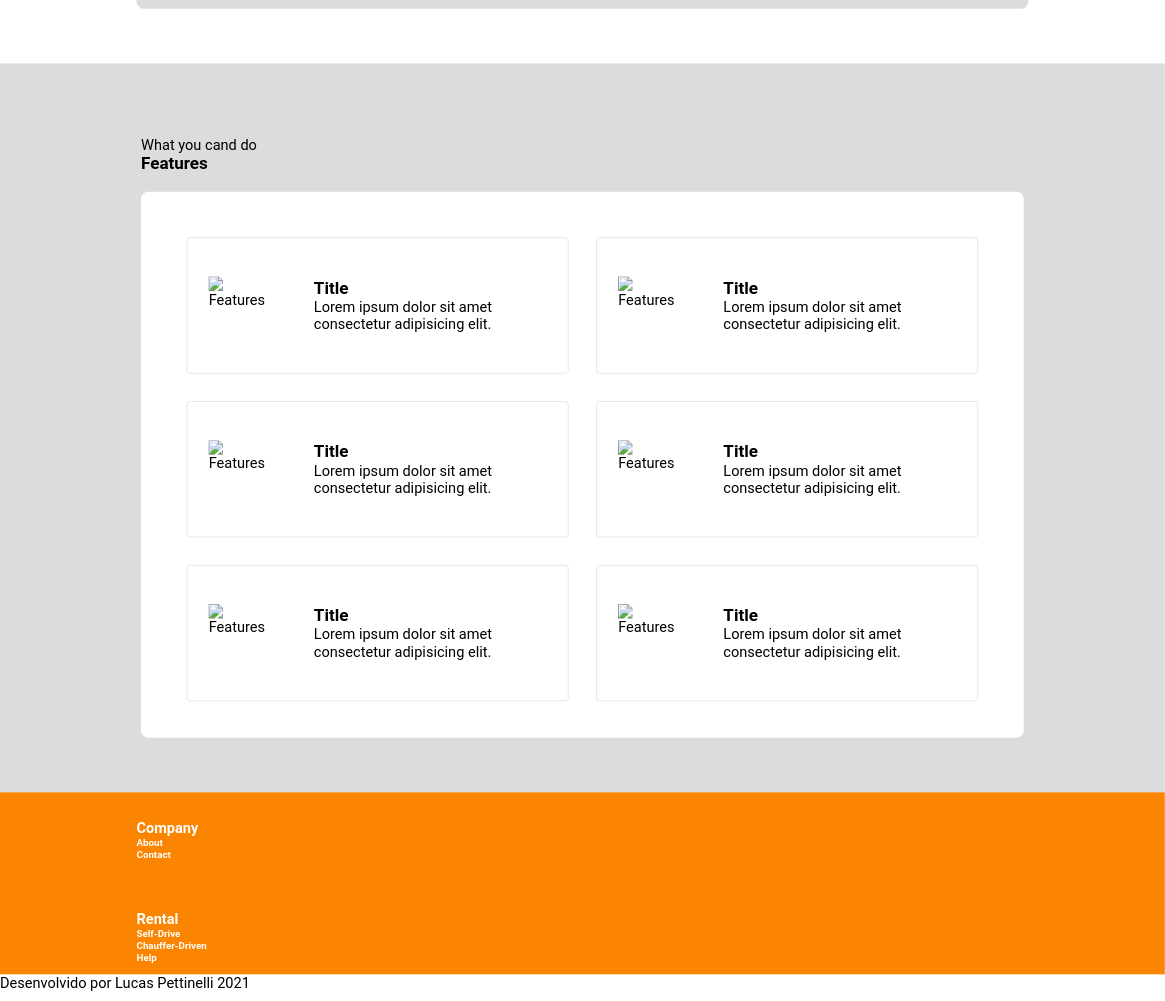
Repository: pettinelli1202/ElectriCar
Page: index.html
The author's editor kept a copy of each file at every save. The page is drawn from the files as they stood at one save, then again after a run of saves.
The browser window is 1280 px wide. The pictures show the part of the page from y = 2892 to 3992 px (the page is 4013 px tall), at 91% of full size.
A picture or video elsewhere on the page could not be fetched, so the positions and the page height are approximate. An inner scrolling area shows only its first screen. Some web fonts or font styles are not loaded; a fallback is used.

Above is the page before, as saved 2023-03-27 23:58:54.

### index.html
<!DOCTYPE html>
<html lang="en">

<head>
    <meta charset="UTF-8">
    <meta http-equiv="X-UA-Compatible" content="IE=edge">
    <meta name="viewport" content="width=device-width, initial-scale=1.0">
    <title>Document</title>

    <link rel="stylesheet" href="./css/style.css">
</head>

<body>
    <header>
        <div class="content">
            <nav>
                <p class="brand">dev <strong> superior</strong></p>
                <ul>
                    <li>
                        <a href="">Catalog</a>
                    </li>
                    <li>
                        <a href="">About</a>
                    </li>
                    <li>
                        <a href="">Features</a>
                    </li>
                    <button>Login</button>
                </ul>
            </nav>

            <div class="header-block">
                <div class="text">
                    <h2>The perfect car for you!</h2>
                    <p>Lorem ipsum dolor sit, amet consectetur adipisicing elit. Eaque, quaerat.</p>
                </div>
                <img src="/images/cheryIcar.png" alt="">
            </div>
        </div>
    </header>
    <section class="catalog" id="catalog">
        <div class="content">
            <div class="title-wrapper-catalog">
                <p>Find what you want</p>
                <h3>Catalog</h3>
            </div>
            <div class="filter-card">
                <input type="text" class="search-input" placeholder="Choose your favorite model" />
                <button class="search-button">Search</button>
            </div>
            <div class="card-wrapper">
                <div class="card-item">
                    <img src="images/car-card.png" alt="Car" />
                    <div class="card-content">
                        <h3>Audi Supra TT</h3>
                        <p>
                            Lorem ipsum dolor sit amet consectetur adipisicing elit. Repellendus.
                        </p>
                        <button type="button">I want this!</button>
                    </div>
                </div>
                <div class="card-item">
                    <img src="images/car-card.png" alt="Car" />
                    <div class="card-content">
                        <h3>Audi Supra TT</h3>
                        <p>
                            Lorem ipsum dolor sit amet consectetur adipisicing elit. Repellendus.
                        </p>
                        <button type="button">I want this!</button>
                    </div>
                </div>
                <div class="card-item">
                    <img src="images/car-card.png" alt="Car" />
                    <div class="card-content">
                        <h3>Audi Supra TT</h3>
                        <p>
                            Lorem ipsum dolor sit amet consectetur adipisicing elit. Repellendus.
                        </p>
                        <button type="button">I want this!</button>
                    </div>
                </div>
                <div class="card-item">
                    <img src="images/car-card.png" alt="Car" />
                    <div class="card-content">
                        <h3>Audi Supra TT</h3>
                        <p>
                            Lorem ipsum dolor sit amet consectetur adipisicing elit. Repellendus.
                        </p>
                        <button type="button">I want this!</button>
                    </div>
                </div>
                <div class="card-item">
                    <img src="images/car-card.png" alt="Car" />
                    <div class="card-content">
                        <h3>Audi Supra TT</h3>
                        <p>
                            Lorem ipsum dolor sit amet consectetur adipisicing elit. Repellendus.
                        </p>
                        <button type="button">I want this!</button>
                    </div>
                </div>
                <div class="card-item">
                    <img src="images/car-card.png" alt="Car" />
                    <div class="card-content">
                        <h3>Audi Supra TT</h3>
                        <p>
                            Lorem ipsum dolor sit amet consectetur adipisicing elit. Repellendus.
                        </p>
                        <button type="button">I want this!</button>
                    </div>
                </div>
                <div class="card-item">
                    <img src="/images/kiwd-e-tech.png" alt="Car" />
                    <div class="card-content">
                        <h3>Audi Supra TT</h3>
                        <p>
                            Lorem ipsum dolor sit amet consectetur adipisicing elit. Repellendus.
                        </p>
                        <button type="button">I want this!</button>
                    </div>
                </div>
                <div class="card-item">
                    <img src="/images/JacEjs1.png" alt="Car" />
                    <div class="card-content">
                        <h3>Audi Supra TT</h3>
                        <p>
                            Lorem ipsum dolor sit amet consectetur adipisicing elit. Repellendus.
                        </p>
                        <button type="button">I want this!</button>
                    </div>
                </div>
                <div class="card-item">
                    <img src="/images/cheryIcar.png" alt="Car" />
                    <div class="card-content">
                        <h3>Audi Supra TT</h3>
                        <p>
                            Lorem ipsum dolor sit amet consectetur adipisicing elit. Repellendus.
                        </p>
                        <button type="button">I want this!</button>
                    </div>
                </div>
            </div>
        </div>
    </section>

    <section class="about" id="about">
        <div class="content">
            <div class="title-wrapper-about">
                <p>Know about us</p>
                <h3>About</h3>
            </div>
            <div class="about-content">
                <div class="left">
                    <img src="/images/Design sem nome.png" alt="About">
                </div>
                <div class="right">
                    <h3>Join technology and mobility</h3>
                    <p>Lorem ipsum dolor sit amet consectetur, adipisicing elit. Soluta quibusdam unde eos fugiat debitis aspernatur dolorem eligendi a doloremque cum optio, perferendis molestiae nobis inventore quos ut dicta dolores incidunt praesentium?
                        Minus ullam doloribus quod dignissimos beatae fugiat praesentium dolorum, libero adipisci dolor mollitia vel eos ducimus officiis, molestiae deserunt maxime cumque? Tempore, quaerat, pariatur nisi totam iusto quibusdam ipsa doloribus
                        adipisci, inventore illum porro maiores dignissimos! Facere animi rerum accusantium at aliquam commodi doloribus tempore iste architecto est a debitis dignissimos dolorem dolore, excepturi magni amet minima itaque obcaecati cum
                        facilis. Recusandae amet nulla voluptatum aliquid, laborum nobis doloribus?</p>
                </div>
            </div>
        </div>
    </section>

    <section class="features" id="features">
        <div class="content">
            <div class="title-wrapper-features">
                <p>What you cand do</p>
                <h3>Features</h3>
            </div>

            <div class="features-card-block">
                <div class="feature-card-item">
                    <img src="" alt="Features">
                    <div class="feature-text-content">
                        <h3>Title</h3>
                        <p>Lorem ipsum dolor sit amet consectetur adipisicing elit.</p>
                    </div>
                </div>

                <div class="feature-card-item">
                    <img src="" alt="Features">
                    <div class="feature-text-content">
                        <h3>Title</h3>
                        <p>Lorem ipsum dolor sit amet consectetur adipisicing elit.</p>
                    </div>
                </div>

                <div class="feature-card-item">
                    <img src="" alt="Features">
                    <div class="feature-text-content">
                        <h3>Title</h3>
                        <p>Lorem ipsum dolor sit amet consectetur adipisicing elit.</p>
                    </div>
                </div>

                <div class="feature-card-item">
                    <img src="" alt="Features">
                    <div class="feature-text-content">
                        <h3>Title</h3>
                        <p>Lorem ipsum dolor sit amet consectetur adipisicing elit.</p>
                    </div>
                </div>

                <div class="feature-card-item">
                    <img src="" alt="Features">
                    <div class="feature-text-content">
                        <h3>Title</h3>
                        <p>Lorem ipsum dolor sit amet consectetur adipisicing elit.</p>
                    </div>
                </div>

                <div class="feature-card-item">
                    <img src="" alt="Features">
                    <div class="feature-text-content">
                        <h3>Title</h3>
                        <p>Lorem ipsum dolor sit amet consectetur adipisicing elit.</p>
                    </div>
                </div>
            </div>
        </div>
    </section>

    <footer>
        <div class="main">
            <div class="content footer-link">
                <div class="footer-company">
                    <h4>Company</h4>
                    <h6>About</h6>
                    <h6>Contact</h6>
                </div>
                <div class="footer-rental">
                    <h4>Rental</h4>
                    <h6>Self-Drive</h6>
                    <h6>Chauffer-Driven</h6>
                    <h6>Help</h6>
                </div>

                <div class="footer-social">
                    <h4>Stay connected</h4>
                    <div class="social-icons">
                        <img src="/images/logotipo-do-instagram.png" alt="Instagram">
                        <img src="/images/facebook.png" alt="Facebook">
                    </div>
                </div>
                <div class="footer-contact">
                    <h4>Contact Us</h4>
                    <h6>+55 (51) 98888-8888</h6>
                    <h6>email-to@gmail.com</h6>
                    <h6>Nome da rua, 000, Porto Alegre, Rio Grande do Sul, Brasil</h6>
                </div>
            </div>
        </div>
        <div class="last">
            Desenvolvido por Lucas Pettinelli 2021
        </div>
    </footer>
</body>

</html>

### css/style.css
@import url('https://fonts.googleapis.com/css2?family=MedievalSharp&display=swap');
* {
    padding: 0px;
    margin: 0px;
    box-sizing: border-box;
    outline: none;
    font-family: "Roboto", Arial, Helvetica, sans-serif;
}

html,
body {
    width: 100%;
    overflow-x: hidden;
}

header {
    width: 100%;
    height: 500px;
    background-color: #fb8500;
}

.content {
    max-width: 1000px;
    min-width: 300px;
    margin: 0 auto;
    display: flex;
    flex-direction: column;
    padding: 10px;
}

nav {
    width: 100%;
    height: 125px;
    display: flex;
    flex-direction: row;
    align-items: center;
    justify-content: space-between;
}

.brand {
    font-size: 24px;
    color: #023047;
    cursor: pointer;
}

nav ul {
    display: flex;
    flex-direction: row;
}

nav ul li {
    list-style: none;
    padding: 10px;
    cursor: pointer;
}

nav ul li a {
    color: #023047;
    text-decoration: none;
}

nav ul li a:hover {
    color: white;
    background-color: #023047;
    padding: 5px;
    border-radius: 10px 0 10px 0;
    transition: 0.6s;
}

nav ul button {
    padding: 8px 40px;
    background-color: transparent;
    border: 1px solid #023047;
    cursor: pointer;
    margin-left: 30px;
    color: #023047;
    font-weight: bold;
    border-radius: 4px;
}

nav ul button:hover {
    transition: 0.6s;
    background: #023047;
    color: white;
}

.content .header-block {
    max-width: 1000px;
    min-width: 300px;
    height: 450px;
    background: #023047;
    border-radius: 8px;
    box-shadow: 1px 0px 10px 0px rgba(0, 0, 0, 0.5);
    -webkit-box-shadow: 1px 0px 10px 0px rgba(0, 0, 0, 0.5);
    -moz-box-shadow: 1px 0px 10px 0px rgba(0, 0, 0, 0.5);
    position: relative;
    z-index: 10;
    padding: 10px;
}

.header-block img {
    width: 50%;
    position: absolute;
    left: 55%;
    bottom: 5%;
}

.header-block .text {
    position: absolute;
    bottom: 30%;
    left: 15%;
}

.header-block .text h2 {
    color: white;
    margin-bottom: 20px;
    text-align: right;
    transform: translateX(-20px);
    transition: transform 0.5s;
}

.header-block .text p {
    max-width: 280px;
    color: white;
    text-align: right;
    transform: translateX(-20px);
    transition: transform 0.4s;
}


/*PRODUCT CATALOG*/

section .catalog {
    width: 100vw;
    padding: 100px;
}

section .filter-card {
    width: 980px;
    height: 150px;
    background: gainsboro;
    border-radius: 8px;
    margin: 0 auto;
    display: flex;
    flex-direction: row;
    align-items: center;
    justify-content: center;
}

.search-input {
    width: 700px;
    height: 50px;
    border: none;
    border-radius: 4px 0px 0px 4px;
    text-indent: 10px;
}

.search-button {
    width: 150px;
    height: 50px;
    border-radius: 0px 4px 4px 0px;
    border: none;
    background: #023047;
    color: white;
    cursor: pointer;
    font-size: 1.1em;
    transition: 0.3s ease;
}

.search-button:hover {
    background: grey;
    color: #023047;
}

.title-wrapper-catalog {
    margin-top: 160px;
    padding-bottom: 20px;
}

section .card-wrapper {
    max-width: 1000px;
    height: 100%;
    display: grid;
    grid-template-columns: repeat(auto-fill, minmax(270px, 1fr));
    grid-gap: 30px;
    padding-top: 50px;
}

section .card-item {
    height: 400px;
    background: gainsboro;
    border-radius: 8px;
    display: flex;
    flex-direction: column;
    align-items: center;
    justify-content: space-around;
}

.card-content {
    height: 40%;
    display: flex;
    flex-direction: column;
    align-items: center;
    justify-content: space-around;
}

.card-item img {
    width: 85%;
}

.card-item h3 {
    width: 90%;
    color: red;
}

.card-item p {
    width: 90%;
    font-style: italic;
    color: violet;
}

.card-item button {
    width: 90%;
    padding: 15px 0px;
    border: none;
    background: #023047;
    border-radius: 4px;
    color: white;
    font-weight: bold;
    font-size: 1.1em;
    cursor: pointer;
    transition: 0.3 ease;
    margin-bottom: 10px;
}

.card-item button:hover {
    background: grey;
    color: #023047;
}


/*ABOUT*/

.about {
    width: 100%;
    height: 100%;
    display: flex;
    align-items: center;
    justify-content: center;
    padding: 50px 10px;
}

.about-content {
    max-width: 1000px;
    min-width: 300px;
    height: 600px;
    background: gainsboro;
    margin: 0 auto;
    border-radius: 8px;
    z-index: 10;
    padding: 10px;
    display: flex;
    flex-direction: row;
    align-items: center;
    justify-content: space-between;
}

.left {
    width: 25%;
    min-width: 300px;
    height: 100%;
    background: rgba(0, 0, 0, 0.904);
    border-radius: 8px;
}

.left img {
    width: 100%;
    height: 100%;
}

.right {
    width: 65%;
    height: 100%;
    display: flex;
    flex-direction: column;
    align-items: flex-start;
    justify-content: flex-start;
    padding-top: 10%;
}

.right h3 {
    text-align: right;
    width: 90%;
    margin-bottom: 20px;
}

.right p {
    max-width: 90%;
    font-size: 1em;
    letter-spacing: 2px;
    text-align: right;
    color: rgba(0, 0, 0, 0.4);
}


/*FEATURES*/

.features {
    width: 100%;
    height: 100%;
    background: gainsboro;
    display: flex;
    align-items: center;
    justify-content: center;
    padding: 50px 0px;
}

.title-wrapper-features {
    padding: 20px 0px;
}

.features-card-block {
    max-width: 1000px;
    min-width: 300px;
    height: 600px;
    background: white;
    margin: 0 auto;
    border-radius: 8px;
    z-index: 10;
    padding: 50px;
    display: grid;
    grid-template-columns: repeat(auto-fill, minmax(420px, 1fr));
    grid-gap: 30px;
}

.feature-card-item {
    max-width: 420px;
    height: 150px;
    display: flex;
    flex-direction: row;
    align-items: center;
    justify-content: space-around;
    border: 1px solid rgba(128, 128, 128, 0.2);
    border-radius: 4px;
}

.feature-text-content {
    max-width: 60%;
    margin: 5px;
}

.feature-card-item img {
    width: 64px;
    height: 64px;
}


/*FOOTER*/

footer {
    width: 100%;
    height: 250px;
}

footer .main {
    width: 100%;
    height: 200px;
    background: #fb8500;
    padding: 20px 10px;
}

.footer-links {
    max-width: 1000px;
    min-width: 300px;
    display: flex;
    flex-direction: row;
    justify-content: space-between;
    margin-top: 20px;
}

.footer-company,
.footer-rental,
.footer-contact,
.footer-social {
    color: white;
    height: 50%;
    min-height: 100px;
}

.footer-links h4 {
    margin-bottom: 10px;
}

.footer-links {
    margin-bottom: 8px;
}

footer .last {
    width: 100%;
}

After the next 4 saves:
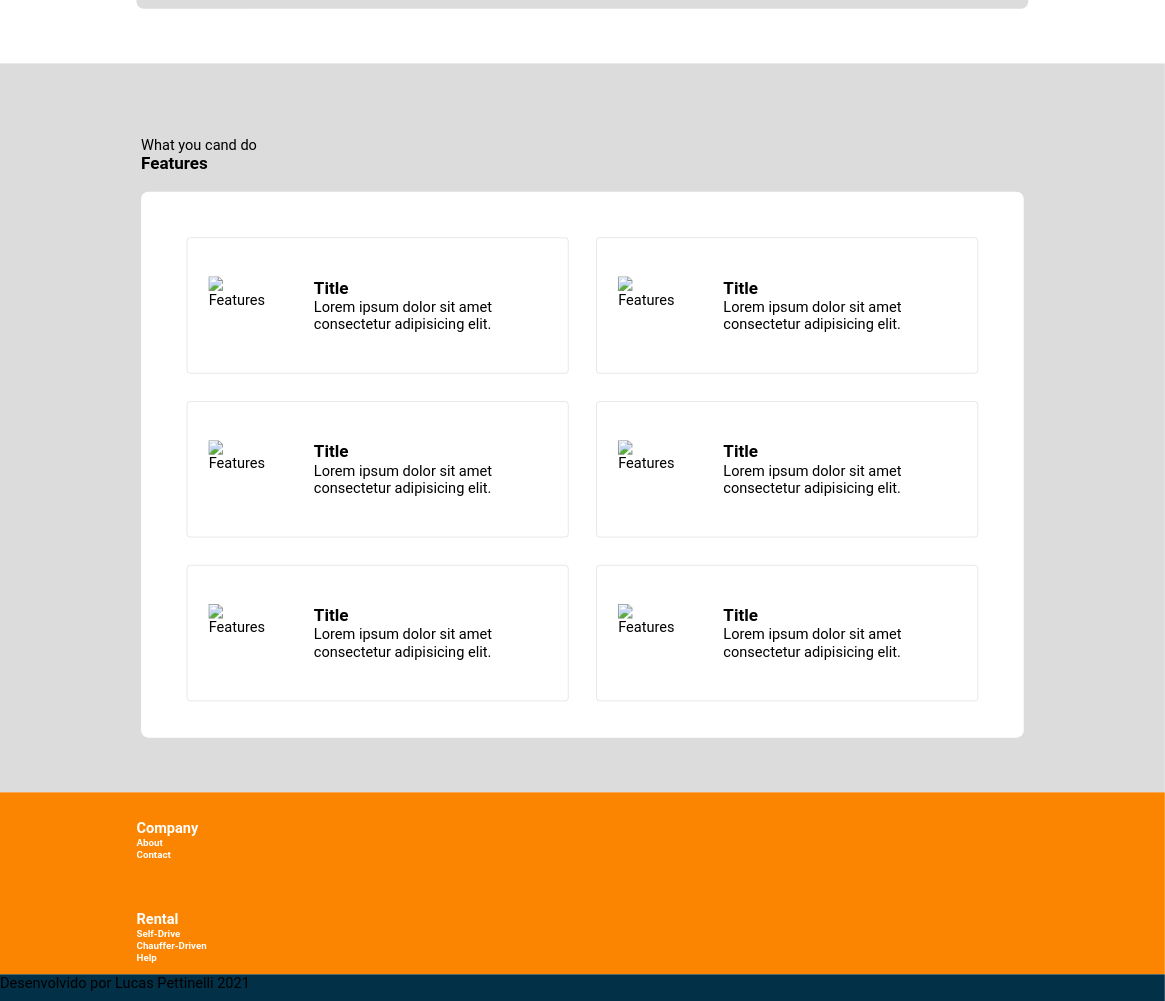
The 4 saves are shown as one change because they came seconds apart.
The last was saved 13 s later.
--- a/css/style.css
+++ b/css/style.css
@@ -397,4 +397,6 @@ footer .main {
 
 footer .last {
     width: 100%;
-}
+    height: 50px;
+    background: #023047;
+}
